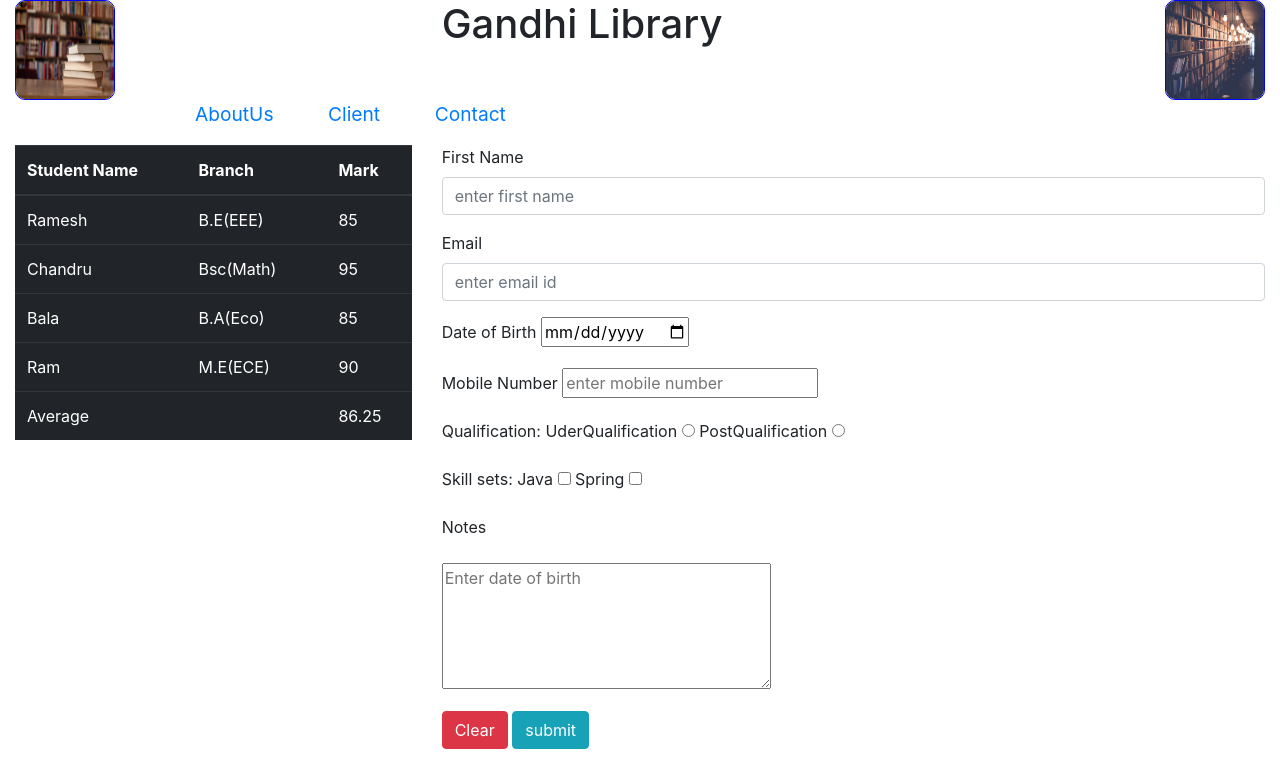
Repository: venkatesakki/JavaDeveloper
Page: css_examples/src/main/webapp/examplebootstrap.html
An editor plug-in stored every save of this project. The page is shown before and after the next save, followed by the edit.
The browser window is 1280 px wide. The pictures show the whole page.

Above is the page before, as saved 2022-06-27 10:39:17.

### css_examples/src/main/webapp/examplebootstrap.html
<!DOCTYPE html>
<html>
<head>
<meta charset="UTF-8">
<title>Insert title here</title>
<link rel="stylesheet"
	href="https://cdn.jsdelivr.net/npm/bootstrap@4.0.0/dist/css/bootstrap.min.css"
	integrity="sha384-Gn5384xqQ1aoWXA+058RXPxPg6fy4IWvTNh0E263XmFcJlSAwiGgFAW/dAiS6JXm"
	crossorigin="anonymous">
<style type="text/css">
ul>li {
	display: inline;
	margin-left: 50px;
}

a {
	text-decoration: none;
	font-size: 1.2em;
}

.smallImage {
	width: 100px;
	height: 100px;
	border: 1px solid blue;
	border-radius: 10px;
}

.left {
	float: left;
}

.right {
	float: right;
}
</style>

</head>
<body>

	<div class="container-fluid">
		<div class="row">

			<div class="col-md-4">
				<img alt="Image of Book" src="images/sample.jpg"
					class="smallImage left">
			</div>
			<div class="col-md-4">
				<h1>Gandhi Library</h1>
			</div>

			<div class="col-md-4">
				<img alt="Image of Book" src="images/sample1.jpeg"
					class="smallImage right">
			</div>

		</div>



		<div class="row">
			<nav class="col-md-12">
				<ul style="margin-left: 90px">

					<li><a href="aboutus.html">AboutUs</a></li>
					<li><a href="client.html">Client</a></li>
					<li><a href="contact.html">Contact</a></li>

				</ul>
			</nav>


		</div>

		<div class="row">
			<div class="col-md-4">


				<table class="table table-dark">
					<thead class="ligt">
						<tr>
							<th>Student Name</th>
							<th style="width: 140px">Branch</th>
							<th>Mark</th>
						</tr>
					</thead>


					<tbody class="dark">
						<tr>
							<td>Ramesh</td>
							<td>B.E(EEE)</td>
							<td>85</td>
						</tr>
						<tr>
							<td>Chandru</td>
							<td>Bsc(Math)</td>
							<td>95</td>
						</tr>
						<tr>
							<td>Bala</td>
							<td>B.A(Eco)</td>
							<td>85</td>
						</tr>
						<tr>
							<td>Ram</td>
							<td>M.E(ECE)</td>
							<td>90</td>
						</tr>
					</tbody>
					<tfoot class="darkest">
						<tr>
							<td colspan="2" class="centerText">Average</td>
							<td>86.25</td>
						</tr>
					</tfoot>
				</table>


			</div>




				<div class="col-md-8">

					<form action="client.html" method="post">
						<div class="form-group">
							<label for="firstName">First Name</label> <input type="text"
								name="firstName" id="firstName" required class="form-control"
								placeholder="enter first name" />
						</div>
						<div class="form-group">
							<label for="email">Email</label> <input type="email" name="email"
								id="email" multiple="multiple" class="form-control"
								placeholder="enter email id" />
						</div>
						<div class="form-group">
							<label for="birthDate">Date of Birth</label> <input type="date"
								name="birthDate" id="birthDate" />
						</div>
						<div class="form-group">
							<label for="mobile">Mobile Number</label> <input type="tel"
								name="mobileNumber" id="mobile" pattern="[0-9]{10}"
								placeholder="enter mobile number" />
						</div>
						<div class="form-group">
							<label for="">Qualification:</label> <label for="ug">UderQualification</label>
							<input type="radio" value="Under Graduate" name="qualidication"
								id="ug" /> <label for="pg">PostQualification</label> <input
								type="radio" value="Post Graduate" name="qualidication" id="pg" />
						</div>
						<div class="form-group">
							<label for="skill">Skill sets:</label> <label for="java">Java</label>
							<input type="checkbox" value="java" name="skill" id="java" /> <label
								for="spring">Spring</label> <input type="checkbox"
								value="spring" name="skill" id="spring" />

						</div>
						<div class="form-group">
							<label for="notes">Notes</label>
						</div>
						<div class="form-group">
							<textarea name="notes" cols="30" rows="5" id="notes"
								placeholder="Enter date of birth"></textarea>
						</div>
						<div class="form-group">
							<input type="reset" value="Clear" class="btn btn-danger" /> <input
								type="submit" value="submit" class="btn btn-info" />

						</div>
					</form>

				</div>


		</div>
	</div>

</body>
</html>

After the next save:
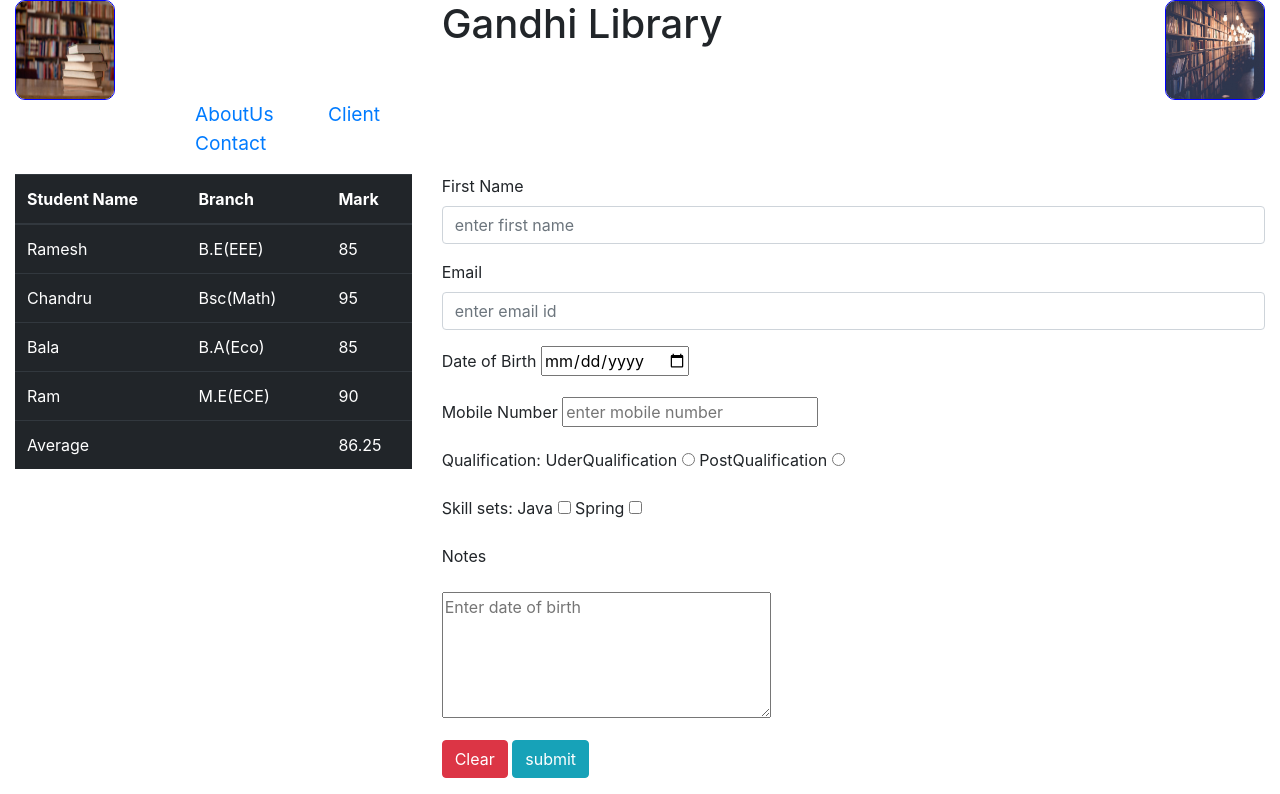
Saved 17 min 37 s later.
--- a/css_examples/src/main/webapp/examplebootstrap.html
+++ b/css_examples/src/main/webapp/examplebootstrap.html
@@ -58,7 +58,7 @@ a {
 
 
 		<div class="row">
-			<nav class="col-md-12">
+			<nav class="col-md-4">
 				<ul style="margin-left: 90px">
 
 					<li><a href="aboutus.html">AboutUs</a></li>
